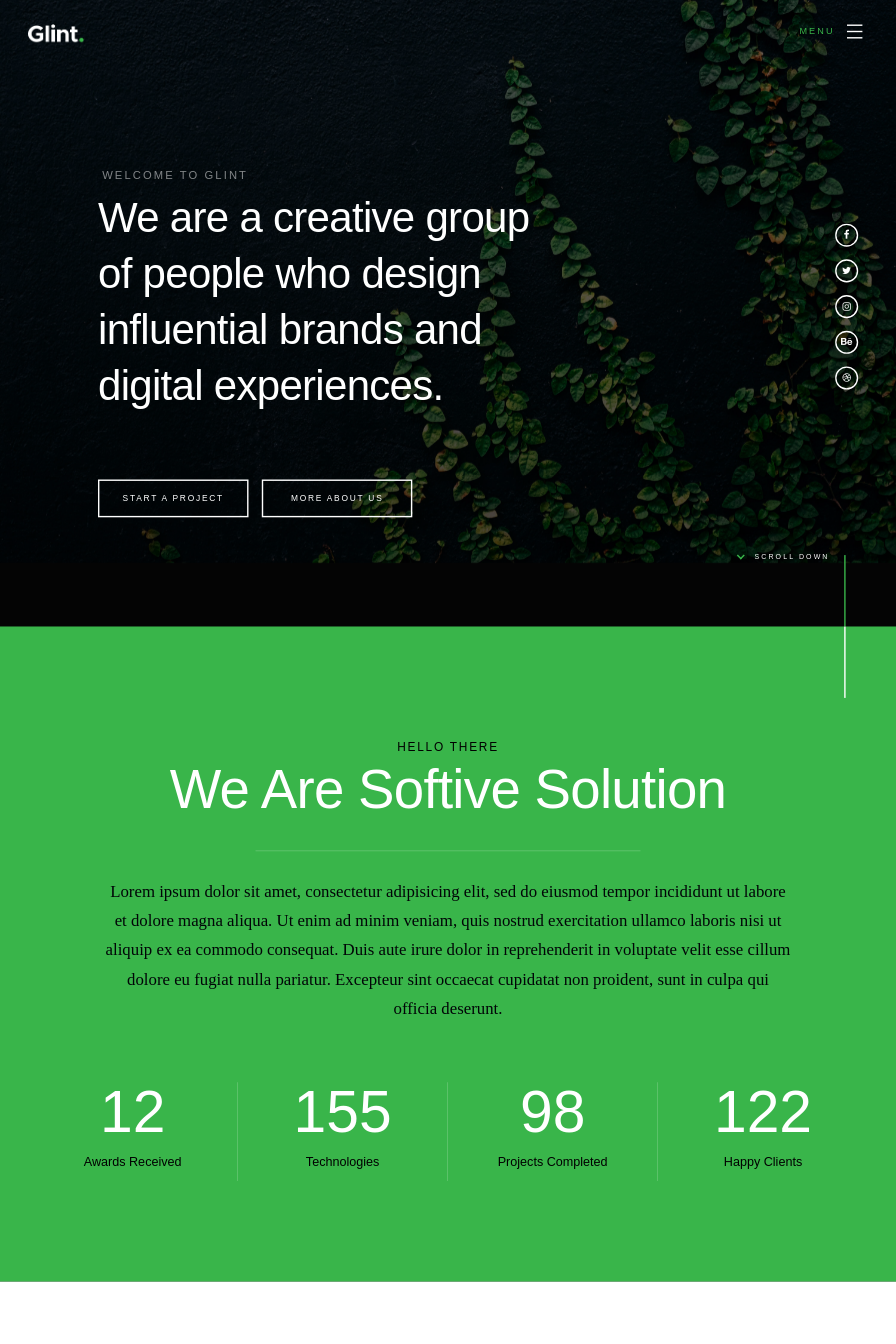
Repository: ahsankalim09/light-Agency
Page: index.html
An editor plug-in stored every save of this project. The page is shown before and after the next save, followed by the edit.
The browser window is 1280 px wide. The pictures show the part of the page from y = 0 to 1920 px (the page is 8556 px tall), at 70% of full size.
Some web fonts or font styles are not loaded; a fallback is used.

Above is the page before, as saved 2020-12-27 18:47:44.

After the next save:
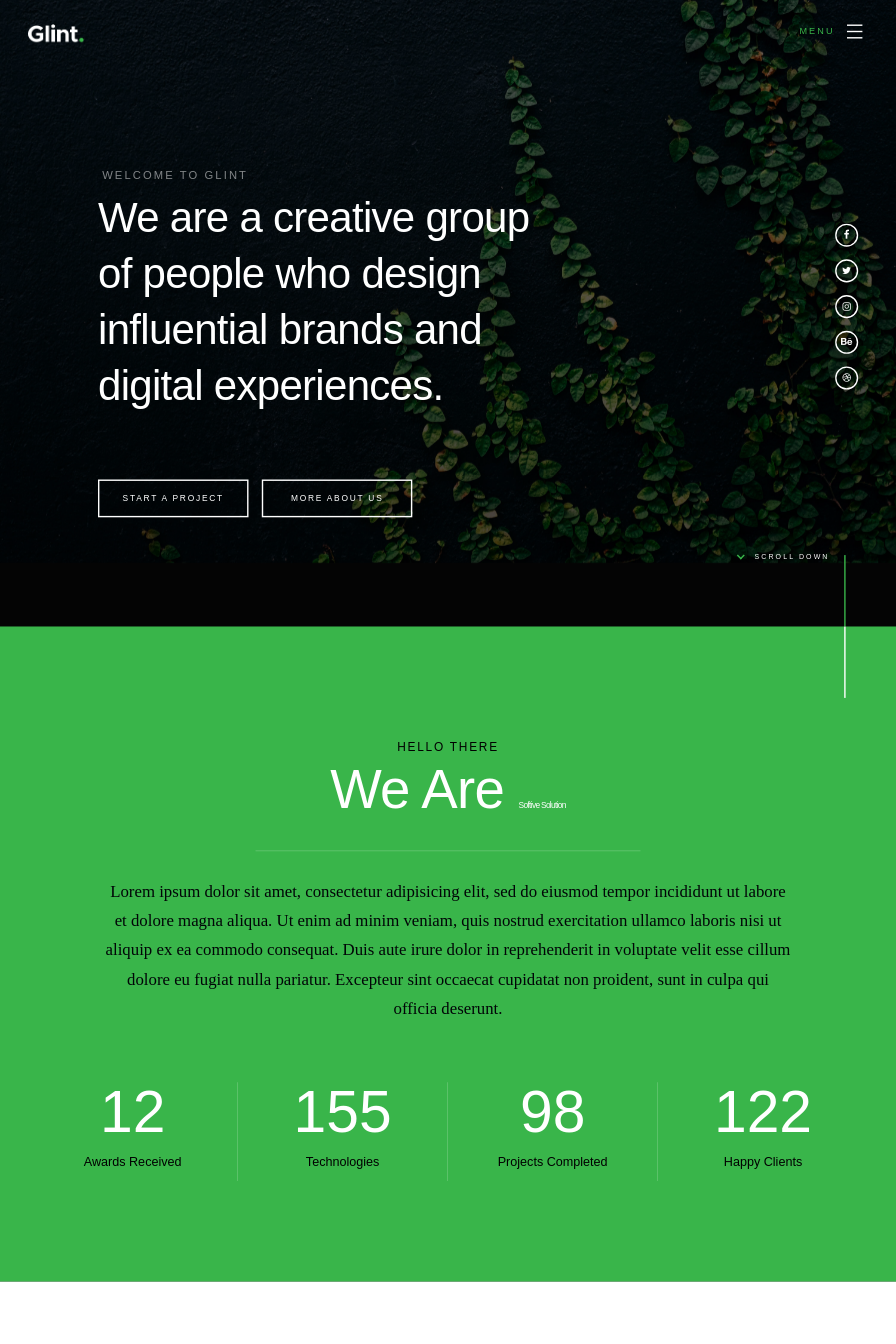
Saved 21 s later.
--- a/index.html
+++ b/index.html
@@ -123,7 +123,7 @@
 <div class="row section-header has-bottom-sep" data-aos="fade-up">
 <div class="col-full">
 <h3 class="subhead subhead--dark">Hello There</h3>
-<h1 class="display-1 display-1--light">We Are <span>Softive Solution</span></h1>
+<h1 class="display-1 display-1--light">We Are <small>Softive Solution</small></h1>
 </div>
 </div>
 <div class="row about-desc" data-aos="fade-up">

After the save that followed:
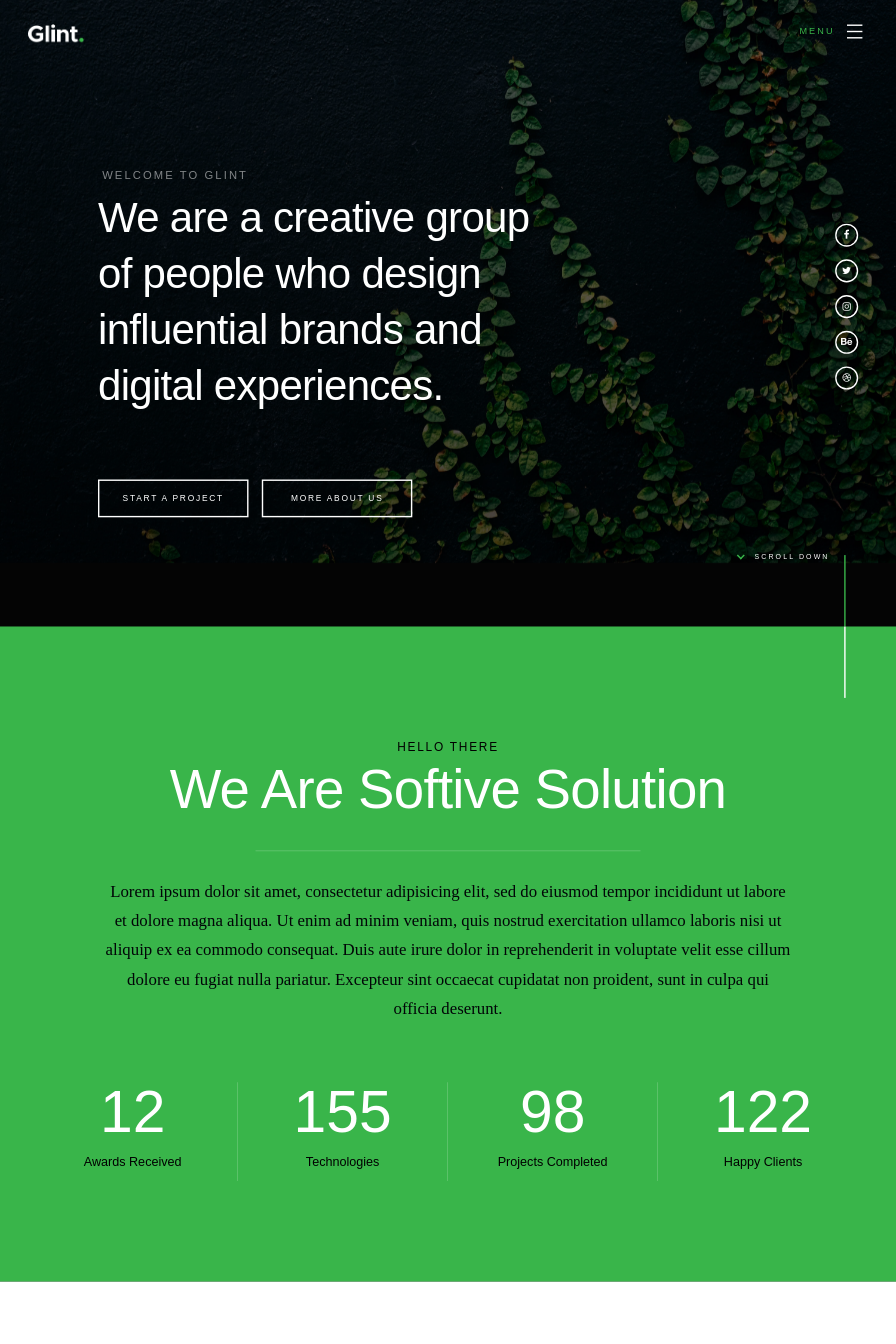
Saved 10 s later.
--- a/index.html
+++ b/index.html
@@ -123,7 +123,7 @@
 <div class="row section-header has-bottom-sep" data-aos="fade-up">
 <div class="col-full">
 <h3 class="subhead subhead--dark">Hello There</h3>
-<h1 class="display-1 display-1--light">We Are <small>Softive Solution</small></h1>
+<h1 class="display-1 display-1--light">We Are <span>Softive Solution</span></h1>
 </div>
 </div>
 <div class="row about-desc" data-aos="fade-up">
